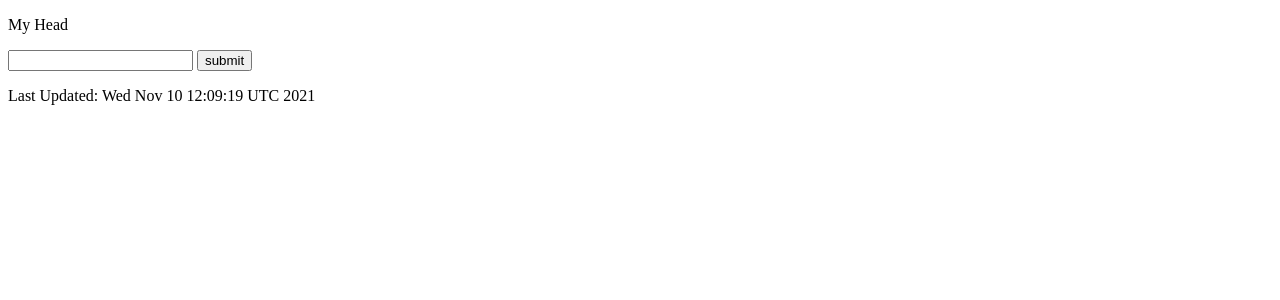
Repository: AshrafPatel/JavaEE
Page: http://localhost/JavaEEWeb/NewFile.jsp
The author's editor kept a copy of each file at every save. The page is drawn from the files as they stood at one save, then again after the next save.
The browser window is 1280 px wide. The pictures show the whole page.
The page is served by Tomcat 9.

Above is the page before, as saved 2021-11-10 12:37:13.

### JavaEEWeb/src/main/webapp/NewFile.jsp
<%@ page language="java" contentType="text/html; charset=ISO-8859-1"
    pageEncoding="ISO-8859-1"%>
<!DOCTYPE html>
<html>
<head>
<meta charset="ISO-8859-1">
<title>Insert title here</title>
</head>
<body>
	<jsp:include page="my-header.jsp"/>
	<form action="form-response.jsp">
		<input type="text" name="name"/>
		<input type="submit" value="submit"/>
	</form>
	<jsp:include page="my-footer.jsp"/>
</body>
</html>

### JavaEEWeb/src/main/webapp/my-header.jsp
<p>My Head</p>

### JavaEEWeb/src/main/webapp/my-footer.jsp
<p align="centre">Last Updated: <%= new java.util.Date() %></p>

After the next save:
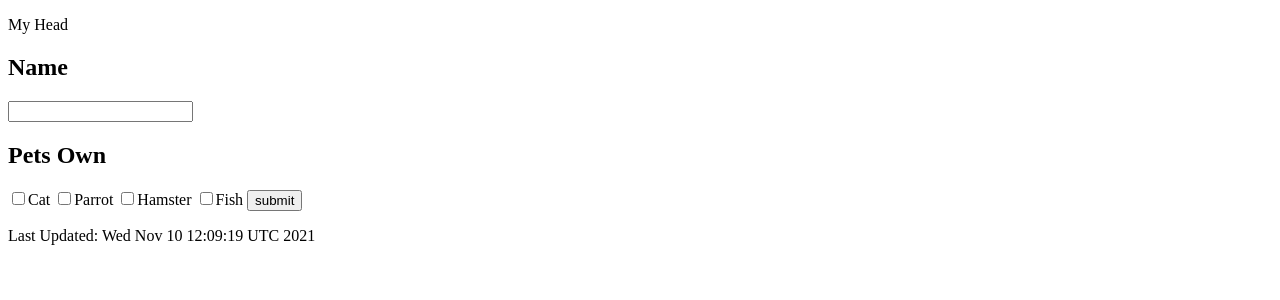
Saved 16 min 42 s later.
--- a/JavaEEWeb/src/main/webapp/NewFile.jsp
+++ b/JavaEEWeb/src/main/webapp/NewFile.jsp
@@ -9,7 +9,15 @@
 <body>
 	<jsp:include page="my-header.jsp"/>
 	<form action="form-response.jsp">
+		<h2>Name</h2>
 		<input type="text" name="name"/>
+
+		<h2>Pets Own</h2>
+		<input type="checkbox" name="pets" value="Cat"/>Cat
+		<input type="checkbox" name="pets" value="Parrot"/>Parrot
+		<input type="checkbox" name="pets" value="Hamster"/>Hamster
+		<input type="checkbox" name="pets" value="Fish"/>Fish
+
 		<input type="submit" value="submit"/>
 	</form>
 	<jsp:include page="my-footer.jsp"/>
